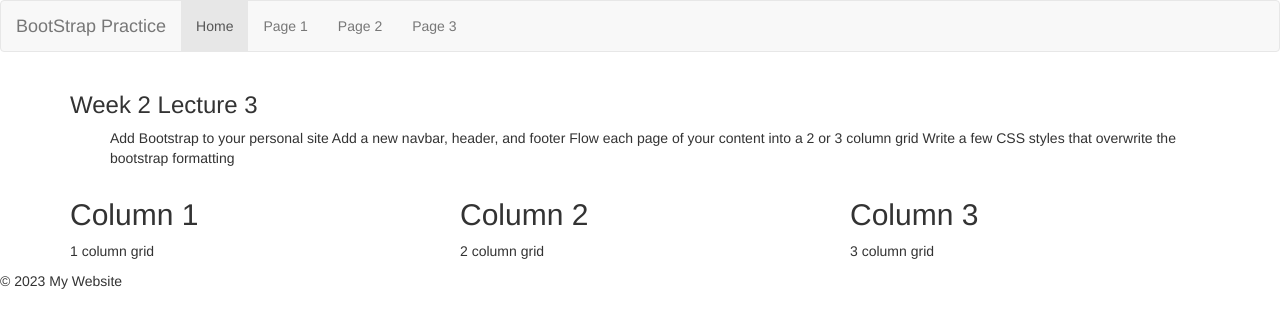
Repository: ayannasampson/bootstrappractice
Page: bs.html
These files come from the project's save history. The page is drawn as it stood at one moment and after the next save; the edit follows.
The browser window is 1280 px wide. The pictures show the whole page.

Above is the page before, as saved 2023-03-21 13:09:02.

After the next save:
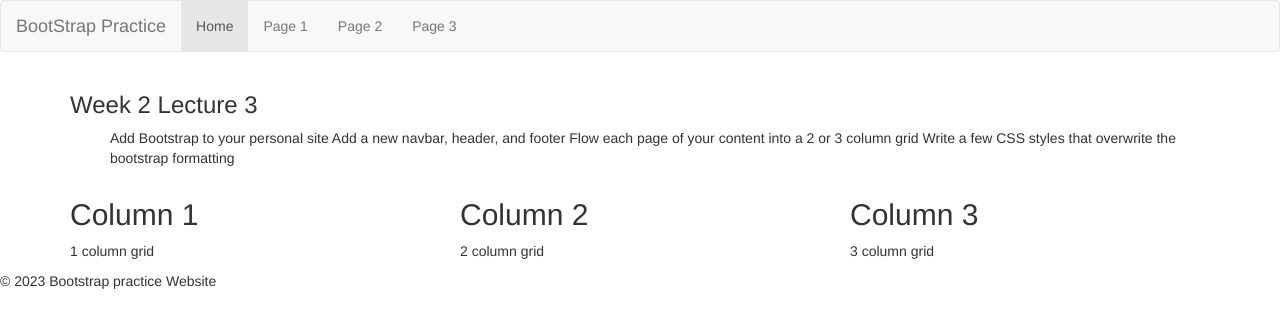
Saved 36 s later.
--- a/bs.html
+++ b/bs.html
@@ -51,7 +51,7 @@
 		</div>
 	</div>
   <div class="footer">
-		<p>&copy; 2023 My Website</p>
+		<p>&copy; 2023 Bootstrap practice Website</p>
 	</div>
 </body>
 </html>
